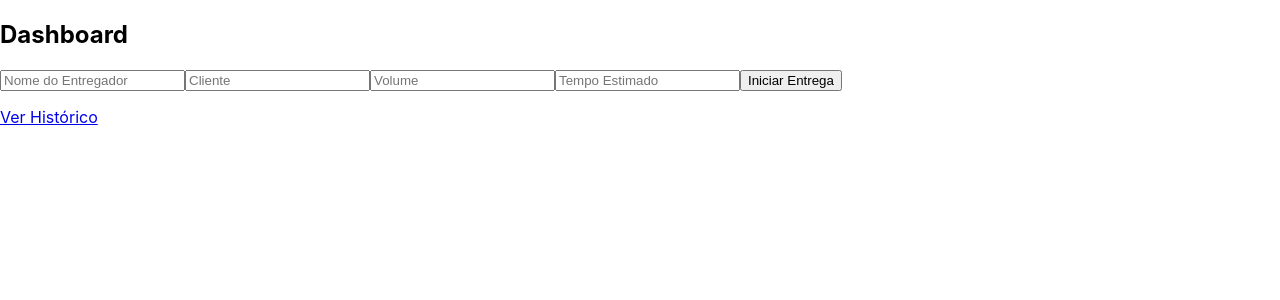
Repository: feliperanon/gestao-entregas
Page: /dashboard (app in frontend/)
An editor plug-in stored every save of this project. The page is shown before and after the next save, followed by the edit.
The browser window is 1280 px wide. The pictures show the whole page.
The page's requests for data from a server got no answer. The project was rebuilt for these pictures with package versions that can differ from the ones it lists, and the page was loaded fresh each time. No one was signed in, and anything a server would have sent is missing. Also part of the build but not shown: frontend/src/pages/Login.js, frontend/src/pages/History.js.

Above is the page before, as saved 2024-06-27 19:27:41.

### frontend/src/App.js
import React from 'react';
import { BrowserRouter as Router, Routes, Route } from 'react-router-dom';
import Login from './pages/Login';
import Dashboard from './pages/Dashboard';
import History from './pages/History';

function App() {
  return (
    <Router>
      <div>
        <Routes>
          <Route path="/" element={<Login />} />
          <Route path="/dashboard" element={<Dashboard />} />
          <Route path="/history" element={<History />} />
        </Routes>
      </div>
    </Router>
  );
}

export default App;

### frontend/src/pages/Dashboard.js
import React, { useState, useEffect } from 'react';
import { Link } from 'react-router-dom';
import api from '../services/api';

const Dashboard = () => {
  const [entregas, setEntregas] = useState([]);
  const [form, setForm] = useState({ nomeEntregador: '', cliente: '', volume: '', tempoEstimado: '' });

  useEffect(() => {
    const fetchEntregas = async () => {
      try {
        const token = localStorage.getItem('token');
        const response = await api.get('/entregas', {
          headers: { Authorization: `Bearer ${token}` }
        });
        setEntregas(response.data);
      } catch (error) {
        console.error('Error fetching entregas:', error);
      }
    };
    fetchEntregas();
  }, []);

  const handleChange = (e) => {
    setForm({ ...form, [e.target.name]: e.target.value });
  };

  const handleSubmit = async (e) => {
    e.preventDefault();
    try {
      const token = localStorage.getItem('token');
      const response = await api.post('/entregas', form, {
        headers: { Authorization: `Bearer ${token}` }
      });
      setEntregas([...entregas, response.data]);
      setForm({ nomeEntregador: '', cliente: '', volume: '', tempoEstimado: '' });
    } catch (error) {
      console.error('Error adding entrega:', error);
    }
  };

  const handleFinalizar = async (id) => {
    try {
      const token = localStorage.getItem('token');
      await api.put(`/entregas/${id}`, { status: 'Finalizada' }, {
        headers: { Authorization: `Bearer ${token}` }
      });
      setEntregas(entregas.map(entrega =>
        entrega._id === id ? { ...entrega, status: 'Finalizada' } : entrega
      ));
    } catch (error) {
      console.error('Error finalizing entrega:', error);
    }
  };

  return (
    <div>
      <h2>Dashboard</h2>
      <form onSubmit={handleSubmit}>
        <input name="nomeEntregador" value={form.nomeEntregador} onChange={handleChange} placeholder="Nome do Entregador" required />
        <input name="cliente" value={form.cliente} onChange={handleChange} placeholder="Cliente" required />
        <input name="volume" value={form.volume} onChange={handleChange} placeholder="Volume" required />
        <input name="tempoEstimado" value={form.tempoEstimado} onChange={handleChange} placeholder="Tempo Estimado" required />
        <button type="submit">Iniciar Entrega</button>
      </form>
      <ul>
        {entregas.map((entrega) => (
          <li key={entrega._id}>
            <span>{entrega.nomeEntregador} - {entrega.cliente} - {entrega.volume} - {entrega.status} - {entrega.tempoEstimado}</span>
            {entrega.status !== 'Finalizada' && (
              <button onClick={() => handleFinalizar(entrega._id)}>Finalizar Entrega</button>
            )}
          </li>
        ))}
      </ul>
      <Link to="/history">Ver Histórico</Link>
    </div>
  );
};

export default Dashboard;

Loaded but not shown: frontend/public/index.html (common file); frontend/src/index.js (common file); frontend/src/index.css (common file); frontend/src/reportWebVitals.js (common file); frontend/src/services/api.js (common file)

After the next save:
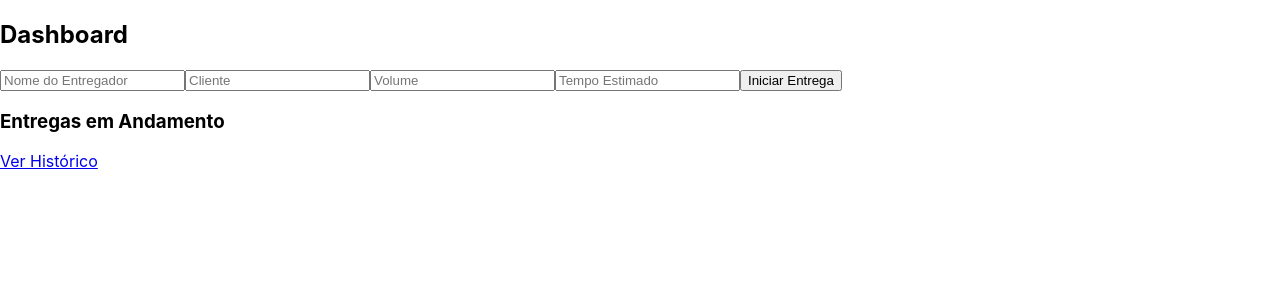
Saved 14 min 29 s later.
--- a/frontend/src/pages/Dashboard.js
+++ b/frontend/src/pages/Dashboard.js
@@ -63,13 +63,12 @@ const Dashboard = () => {
         <input name="tempoEstimado" value={form.tempoEstimado} onChange={handleChange} placeholder="Tempo Estimado" required />
         <button type="submit">Iniciar Entrega</button>
       </form>
+      <h3>Entregas em Andamento</h3>
       <ul>
-        {entregas.map((entrega) => (
+        {entregas.filter(entrega => entrega.status !== 'Finalizada').map((entrega) => (
           <li key={entrega._id}>
             <span>{entrega.nomeEntregador} - {entrega.cliente} - {entrega.volume} - {entrega.status} - {entrega.tempoEstimado}</span>
-            {entrega.status !== 'Finalizada' && (
-              <button onClick={() => handleFinalizar(entrega._id)}>Finalizar Entrega</button>
-            )}
+            <button onClick={() => handleFinalizar(entrega._id)}>Finalizar Entrega</button>
           </li>
         ))}
       </ul>
